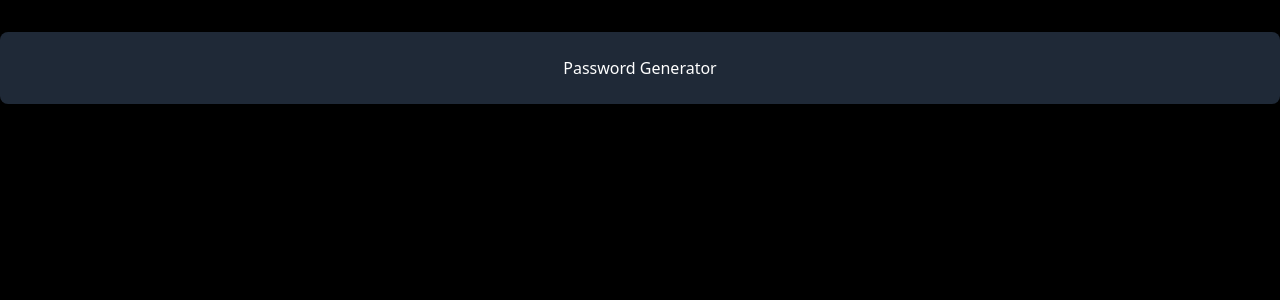
Repository: Abdul-Moeid-Rao/React-Projects
Page: / (app in 05passwordGenrator/)
An editor plug-in stored every save of this project. The page is shown before and after the next save, followed by the edit.
The browser window is 1280 px wide. The pictures show the whole page.
The project was rebuilt for these pictures with package versions that can differ from the ones it lists, and the page was loaded fresh each time. Also part of the build but not shown: 05passwordGenrator/vite.config.js.

Above is the page before, as saved 2024-07-14 21:20:22.

After the next save:
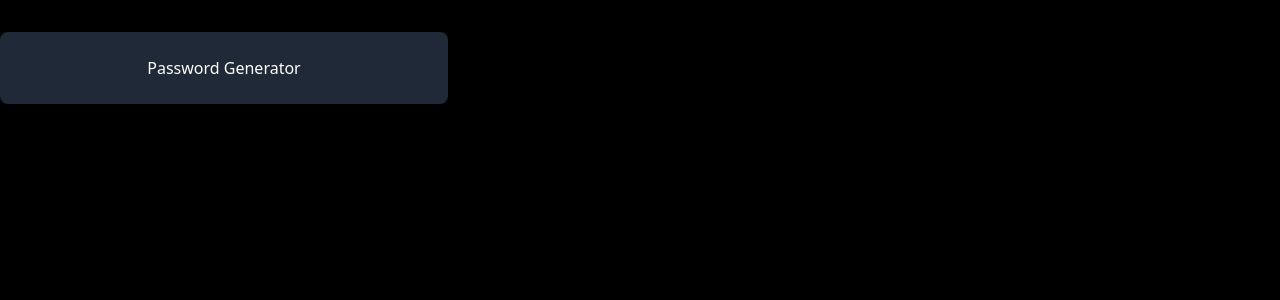
Saved 13 s later.
--- a/05passwordGenrator/src/App.jsx
+++ b/05passwordGenrator/src/App.jsx
@@ -26,7 +26,7 @@ function App() {
   }, [length, number, char, passGenerator])
 
   return (
-    <div className='w-full min-w-md max-auto shadow-md rounded-lg px-4 py-3 my-8 bg-gray-800 text-orange-500 justify-center'>
+    <div className='w-full max-w-md max-auto shadow-md rounded-lg px-4 py-3 my-8 bg-gray-800 text-orange-500 justify-center'>
       <h1 className='text-white text-center my-3'>Password Generator</h1>
     </div>
   )
